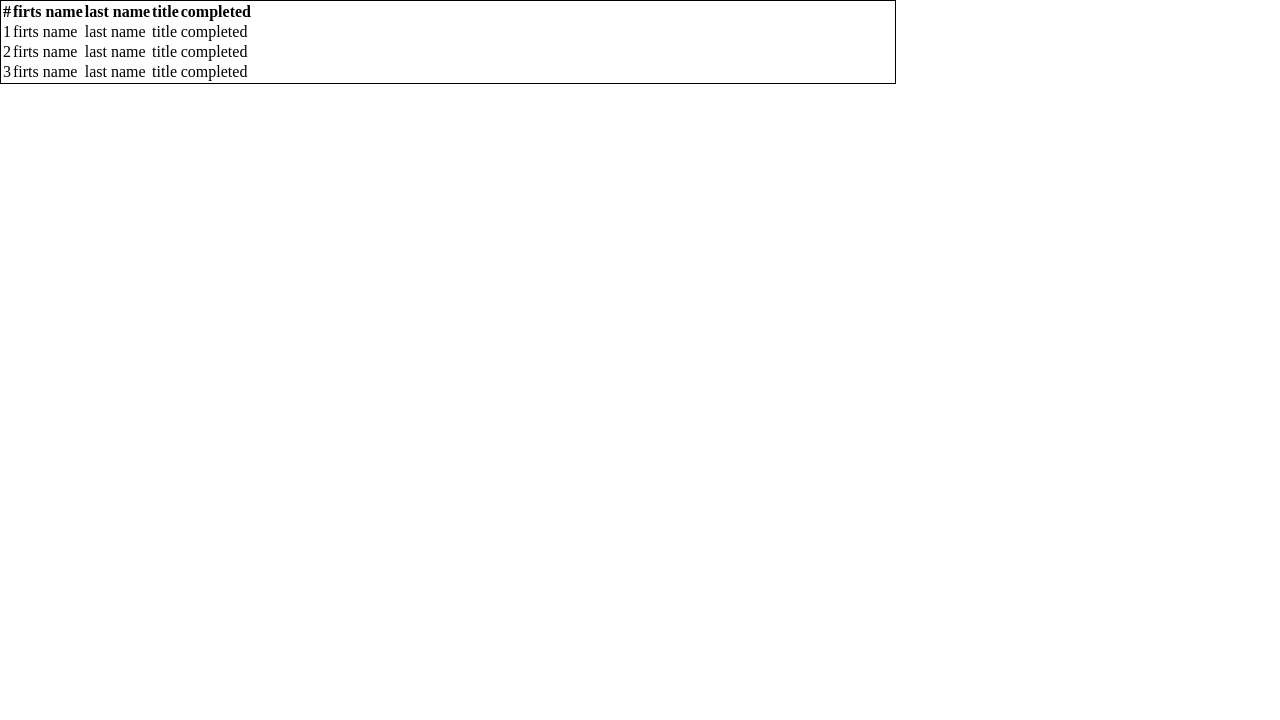
Repository: beva3/myCodepen
Page: table/index.html
These files come from the project's save history. The page is drawn as it stood at one moment and after a run of saves; the edit follows.
The browser window is 1280 px wide. The pictures show the whole page.

Above is the page before, as saved 2024-05-11 10:49:56.

After the next 2 saves:
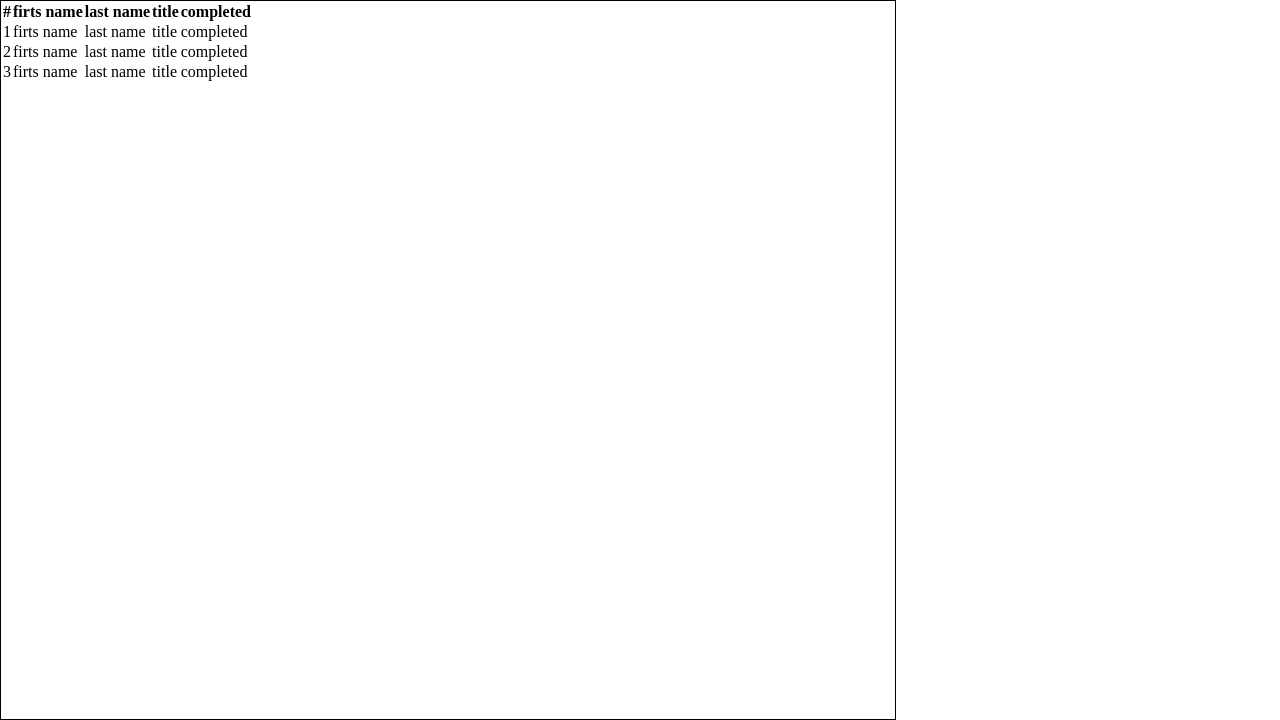
The 2 saves are shown as one change because they came seconds apart.
The last was saved 7 s later.
--- a/table/style.css
+++ b/table/style.css
@@ -5,7 +5,8 @@
 }
 body{
     height: 100vh;
-    displ
+    display: flex;
+
 }
 .content{
     border: 1px solid black;
